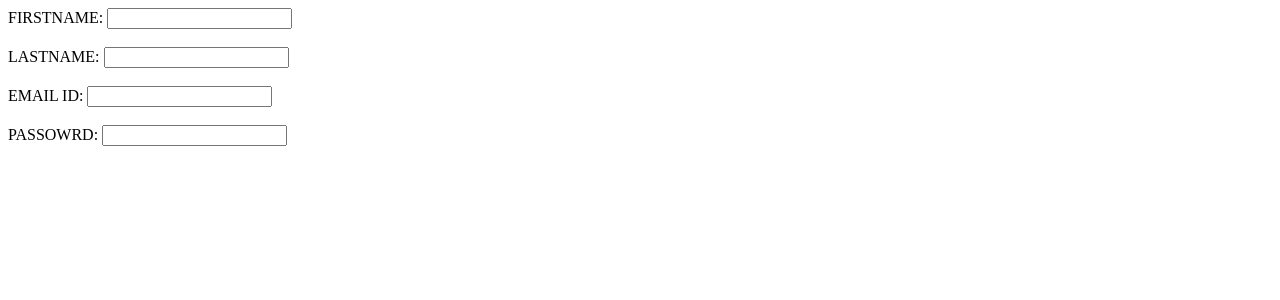
Repository: Catalyst-OTU/Java_Works
Page: ServletBasic/WebContent/StudentRegister.html
These files come from the project's save history. The page is drawn as it stood at one moment and after the next save; the edit follows.
The browser window is 1280 px wide. The pictures show the whole page.

Above is the page before, as saved 2021-01-27 20:16:49.

### ServletBasic/WebContent/StudentRegister.html
<!DOCTYPE html>
<html>
<head>
<meta charset="ISO-8859-1">
<title>Insert title here</title>
</head>
<body>

<form action="StudentRegister" method="get">

		FIRSTNAME: <input type="text" name="firstName" required> <br/> <br/>
		LASTNAME: <input type="text" name="lastName" required> <br/> <br/>
		EMAIL ID: <input type="email" name="email" required> <br/> <br/>
		PASSOWRD: <input type="password" name="pass" required> <br/> <br/>





</form>

</body>
</html>

After the next save:
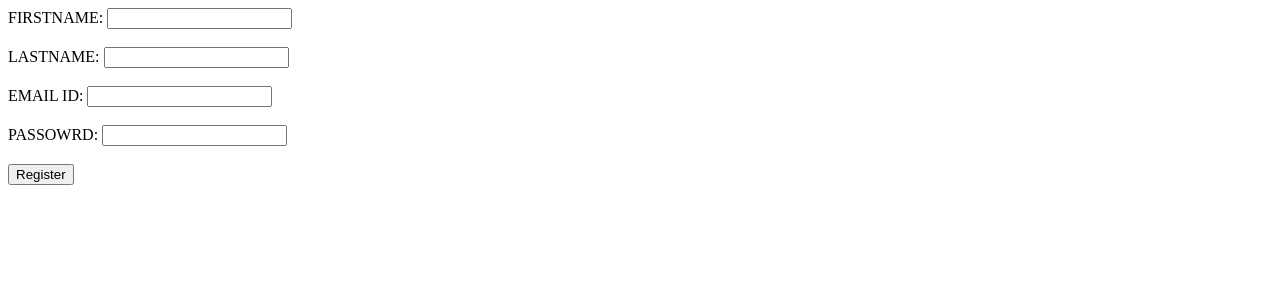
Saved 30 s later.
--- a/ServletBasic/WebContent/StudentRegister.html
+++ b/ServletBasic/WebContent/StudentRegister.html
@@ -14,7 +14,7 @@
 		PASSOWRD: <input type="password" name="pass" required> <br/> <br/>
 
 
-
+		<input type="submit" value="Register">
 
 
 </form>
